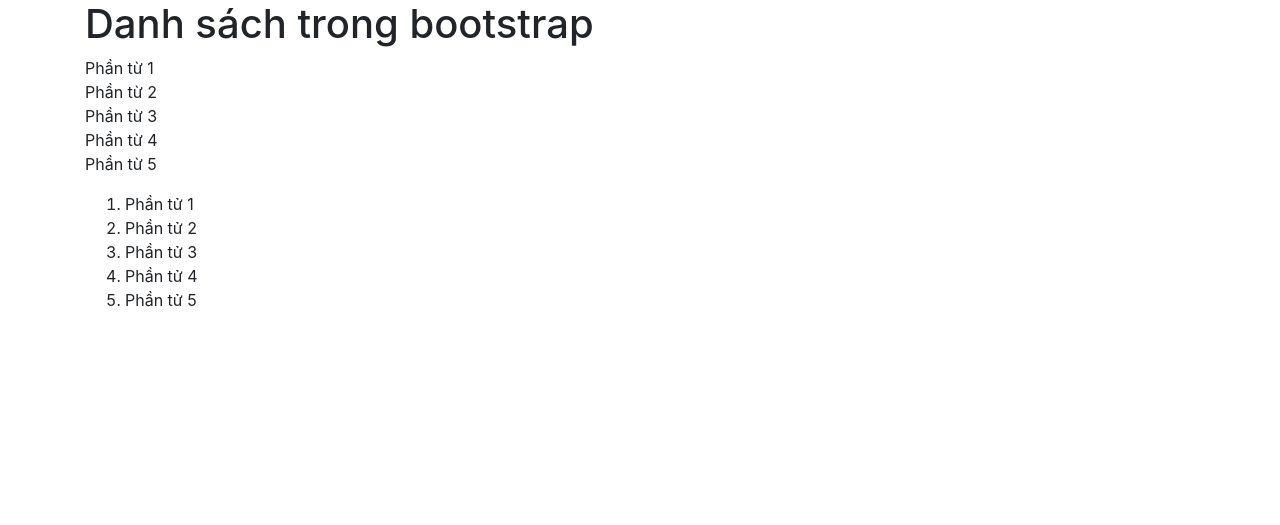
Repository: anhtu2110/front_end
Page: lesson/bootstrap/text-images/3.7-list.html
These files come from the project's save history. The page is drawn as it stood at one moment and after the next save; the edit follows.
The browser window is 1280 px wide. The pictures show the whole page.

Above is the page before, as saved 2022-12-01 23:57:59.

After the next save:
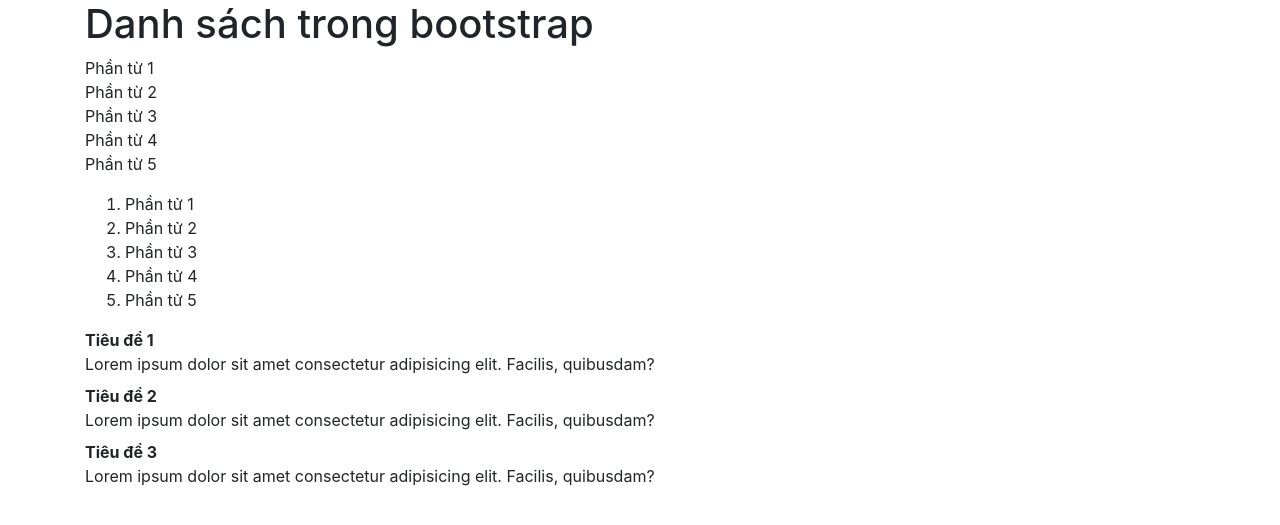
Saved 49 s later.
--- a/lesson/bootstrap/text-images/3.7-list.html
+++ b/lesson/bootstrap/text-images/3.7-list.html
@@ -26,6 +26,23 @@
             <li>Phần tử 4</li>
             <li>Phần tử 5</li>
           </ol>
+          <dl>
+            <dt>Tiêu đề 1</dt>
+            <dd>
+              Lorem ipsum dolor sit amet consectetur adipisicing elit. Facilis,
+              quibusdam?
+            </dd>
+            <dt>Tiêu đề 2</dt>
+            <dd>
+              Lorem ipsum dolor sit amet consectetur adipisicing elit. Facilis,
+              quibusdam?
+            </dd>
+            <dt>Tiêu đề 3</dt>
+            <dd>
+              Lorem ipsum dolor sit amet consectetur adipisicing elit. Facilis,
+              quibusdam?
+            </dd>
+          </dl>
         </div>
       </div>
     </div>
